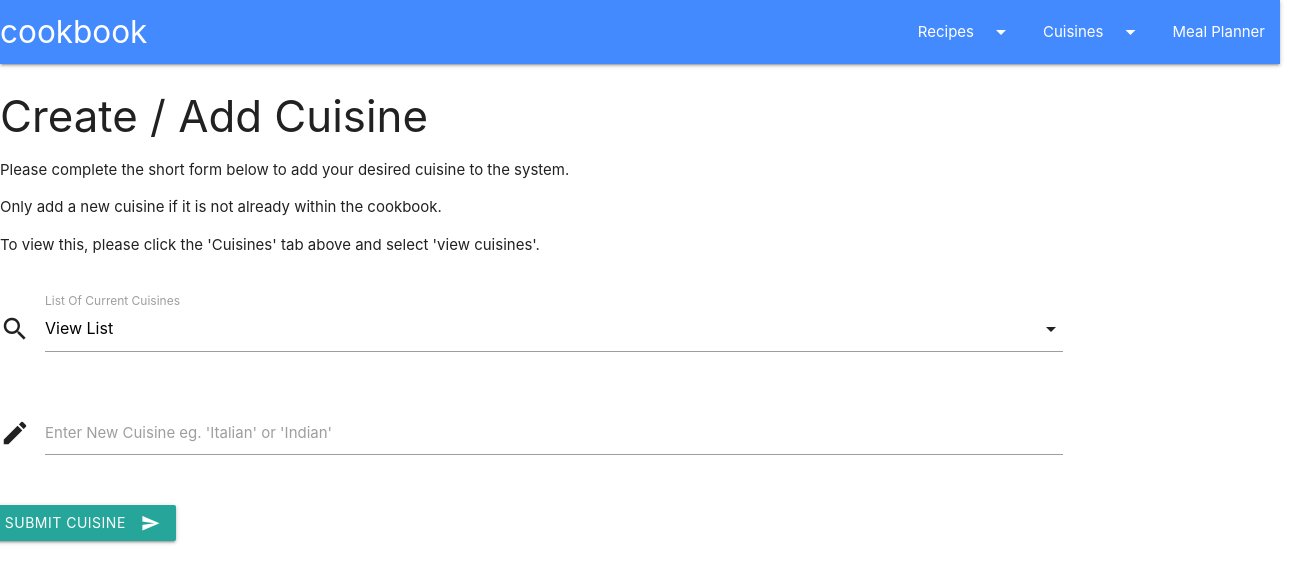
Repository: connor-blackburn/gutsy
Page: http://localhost/add_cuisine
The author's editor kept a record of every edit. The page is drawn from the files as they stood at one moment, then again after the next edit.
The browser window is 1280 px wide. The page is 1291 px wide, so the pictures cover 1291 px, including what lies to the right of the window. The pictures show the whole page.
The page is served by the project's application, run on Flask 3 (app.py). Queries for data that is not in the repository find no rows.

Above is the page before.

### templates/addcuisine.html
{% extends 'base.html' %} {% block content %}

<div class="row">
    <h3>Create / Add Cuisine</h3>
    <p>Please complete the short form below to add your desired cuisine to the system.</p>
    <p>Only add a new cuisine if it is not already within the cookbook.</p>
    <p>To view this, please click the 'Cuisines' tab above and select 'view cuisines'.</p>
</div>

<form action="{{ url_for('insert_cuisine') }}" method="POST" class="col s12">
    <div class="row">
        <div class="input-field col s10">
            <i class="material-icons prefix">search</i>
            <select id="cuisines" name="cuisine_name">
      <option value="" disabled selected>View List</option>
      {% for cuisine in cuisines %}
      <option value="{{cuisine.cuisine_name}}">{{cuisine.cuisine_name}}</option>
      {% endfor %}
    </select>
            <label>List Of Current Cuisines</label>
        </div>
    </div>

    <div class="row">
        <div class="input-field col s10">
            <i class="material-icons prefix">mode_edit</i>
            <textarea name="cuisine_name" id="cuisine_name" class="materialize-textarea" required></textarea>
            <label for="icon_prefix2">Enter New Cuisine eg. 'Italian' or 'Indian'</label>
        </div>
    </div>

    <div class="row">
        <button class="btn waves-effect waves-light" type="submit" name="action">Submit Cuisine
    <i class="material-icons right">send</i>
</button>
    </div>
</form>
{% endblock %}

### templates/base.html
<!DOCTYPE html>
<html>

<head>
    <link href="https://fonts.googleapis.com/icon?family=Material+Icons" rel="stylesheet">
    <link rel="stylesheet" href="https://cdnjs.cloudflare.com/ajax/libs/materialize/1.0.0/css/materialize.min.css">
</head>

<body>
    <header>
        <ul id="dropdown1" class="dropdown-content">
            <li><a href="#!">View Recipes</a></li>
            <li class="divider"></li>
            <li><a href="#!">Create Recipes</a></li>
            <li class="divider"></li>
            <li><a href="#!">Edit Recipes</a></li>
        </ul>
        <ul id="dropdown2" class="dropdown-content">
            <li><a href="#!">View Cuisines</a></li>
            <li class="divider"></li>
            <li><a href="{{url_for('add_cuisine')}}">Create Cuisines</a></li>
            <li class="divider"></li>
            <li><a href="#!">Edit Cuisines</a></li>
        </ul>
        <ul id="dropdown3" class="dropdown-content">
            <li><a href="#!">View Recipes</a></li>
            <li class="divider"></li>
            <li><a href="#!">Create Recipes</a></li>
            <li class="divider"></li>
            <li><a href="#!">Edit Recipes</a></li>
        </ul>
        <ul id="dropdown4" class="dropdown-content">
            <li><a href="#!">View Cuisines</a></li>
            <li class="divider"></li>
            <li><a href="#!">Create Cuisines</a></li>
            <li class="divider"></li>
            <li><a href="#!">Edit Cuisines</a></li>
        </ul>
        <nav>
            <div class="nav-wrapper blue accent-2">
                <a href="#!" class="brand-logo">cookbook</a>
                <a href="#" data-target="mobile-demo" class="sidenav-trigger"><i class="material-icons">menu</i></a>
                <ul class="right hide-on-med-and-down">
                    <li><a class="dropdown-trigger" href="#!" data-target="dropdown1">Recipes<i class="material-icons right">arrow_drop_down</i></a></li>
                    <li><a class="dropdown-trigger" href="#!" data-target="dropdown2">Cuisines<i class="material-icons right">arrow_drop_down</i></a></li>
                    <li><a href="collapsible.html">Meal Planner</a></li>
                </ul>
            </div>
        </nav>

        <ul class="sidenav" id="mobile-demo">
            <li><a class="dropdown-trigger" href="#!" data-target="dropdown3">Recipes<i class="material-icons right">arrow_drop_down</i></a></li>
            <li><a class="dropdown-trigger" href="#!" data-target="dropdown4">Cuisines<i class="material-icons right">arrow_drop_down</i></a></li>
            <li><a href="collapsible.html">Meal Planner</a></li>
        </ul>
    </header>
    {% block content %} {% endblock %}

    <script type="text/javascript" src="https://cdnjs.cloudflare.com/ajax/libs/jquery/3.4.1/jquery.min.js"></script>
    <script src="https://cdnjs.cloudflare.com/ajax/libs/materialize/1.0.0/js/materialize.min.js"></script>
    <script type="text/javascript">
        $(document).ready(function() {
            $('.dropdown-trigger').dropdown();
            $('.collapsible').collapsible();
            $('.sidenav').sidenav();
            $('select').formSelect();
        });
    </script>


</body>

</html>

### app.py
import os
from flask import Flask, render_template, redirect, request, url_for
from flask_pymongo import PyMongo
from bson.objectid import ObjectId

app = Flask(__name__)

app.config["MONGO_DBNAME"] = 'cookbook'
app.config["MONGO_URI"] = os.environ.get('MONGO_URI')

mongo = PyMongo(app)

@app.route('/')
@app.route('/get_recipes')
def hello():
    return render_template('recipes.html', recipes=mongo.db.recipes.find())

@app.route('/add_cuisine')
def add_cuisine():
    return render_template('addcuisine.html',
    cuisines=mongo.db.cuisines.find())

@app.route('/insert_cuisine', methods=['POST'])
def insert_cuisine():
    cuisines = mongo.db.cuisines
    cuisines.insert_one(request.form.to_dict())
    return redirect(url_for('add_cuisine'))

if __name__ == '__main__':
    app.run(host=os.environ.get('IP'),
        port=int(os.environ.get('PORT')),
        debug=True)

After the next edit:
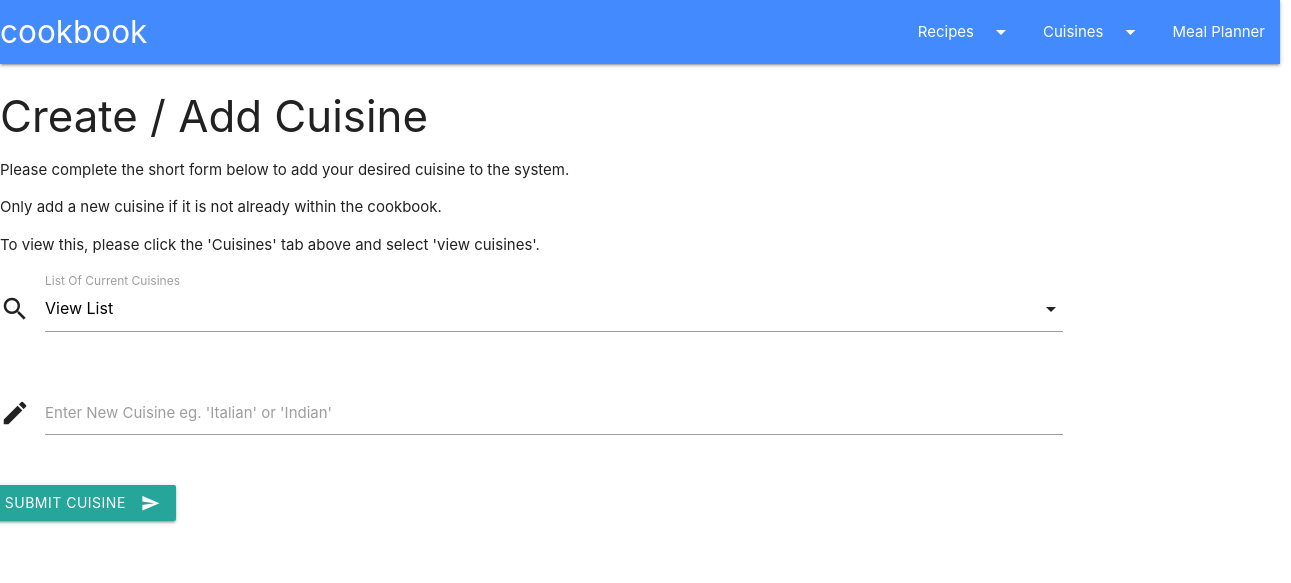
The edit:
--- a/templates/addcuisine.html
+++ b/templates/addcuisine.html
@@ -1,6 +1,6 @@
 {% extends 'base.html' %} {% block content %}
 
-<div class="row">
+<div class="description">
     <h3>Create / Add Cuisine</h3>
     <p>Please complete the short form below to add your desired cuisine to the system.</p>
     <p>Only add a new cuisine if it is not already within the cookbook.</p>
